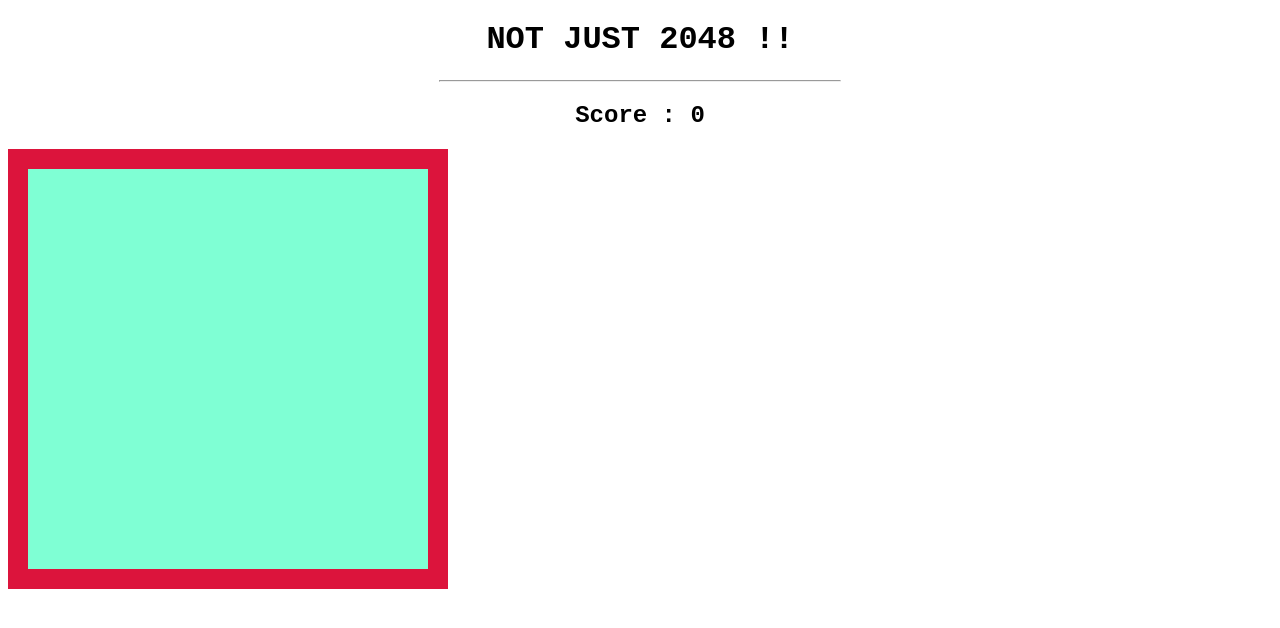
Repository: Prathamyadav1123/2048Game
Page: NotJust2048-main/2048.html
The author's editor kept a copy of each file at every save. The page is drawn from the files as they stood at one save, then again after a run of saves.
The browser window is 1280 px wide. The pictures show the whole page.

Above is the page before, as saved 2023-05-31 19:41:19.

After the next 4 saves:
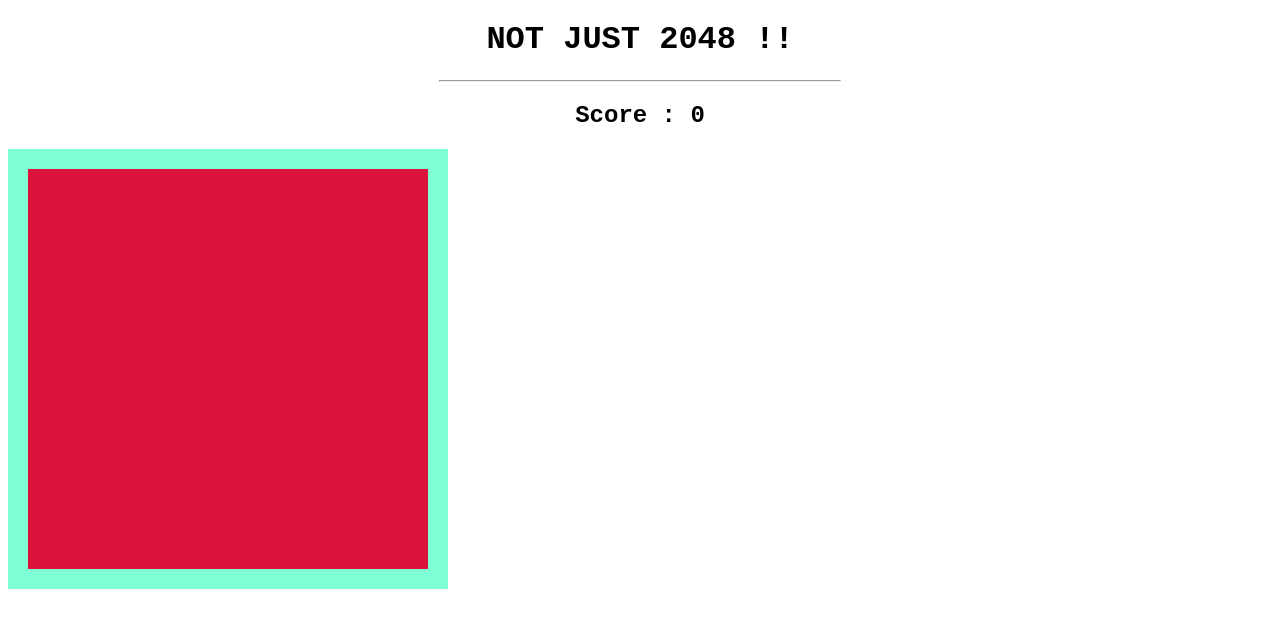
The 4 saves are shown as one change because they came seconds apart.
The last was saved 13 s later.
--- a/NotJust2048-main/2048.css
+++ b/NotJust2048-main/2048.css
@@ -9,6 +9,6 @@ hr{
     width: 400px;
     height: 400px;
     color: burlywood;
-    background-color: aquamarine;
-    border: 20px solid crimson;
+    background-color: crimson;
+    border: 20px solid aquamarine;
 }
